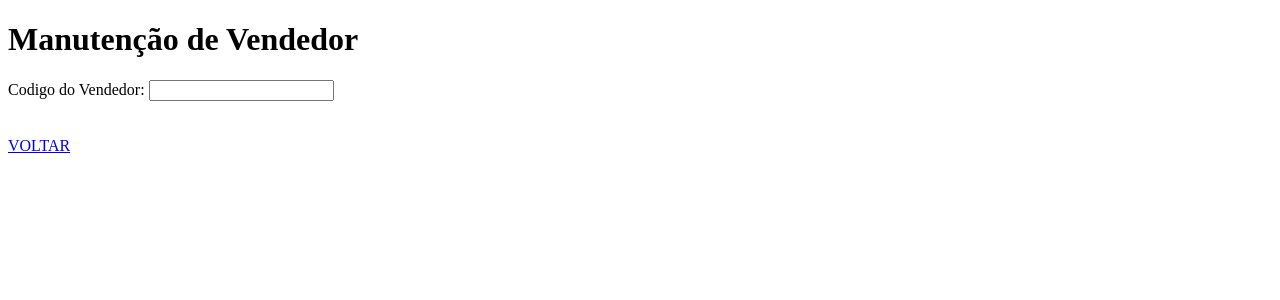
Repository: gabriellacrystina/workspaceWeb
Page: http://localhost/PrjVendas/ManutencaoVendedor.jsp
The author's editor kept a copy of each file at every save. The page is drawn from the files as they stood at one save, then again after the next save.
The browser window is 1280 px wide. The pictures show the whole page.
The page is served by Tomcat 9.

Above is the page before, as saved 2015-09-15 00:11:04.

After the next save:
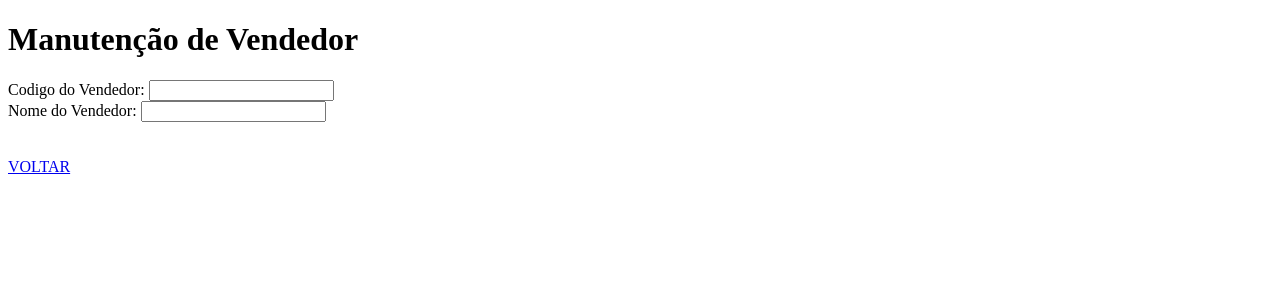
Saved 30 s later.
--- a/PrjVendas/WebContent/ManutencaoVendedor.jsp
+++ b/PrjVendas/WebContent/ManutencaoVendedor.jsp
@@ -10,7 +10,7 @@
 		<form action="ManutencaoVendedor" method="post">
 			<h1>Manutenção de Vendedor</h1>
 				Codigo do Vendedor: <input type="text" name="codigo"><br>
-
+				Nome do Vendedor: <input type="text" name="nome"><br>
 
 
 		<br><br><a href="Menu.jsp">VOLTAR</a><br>
